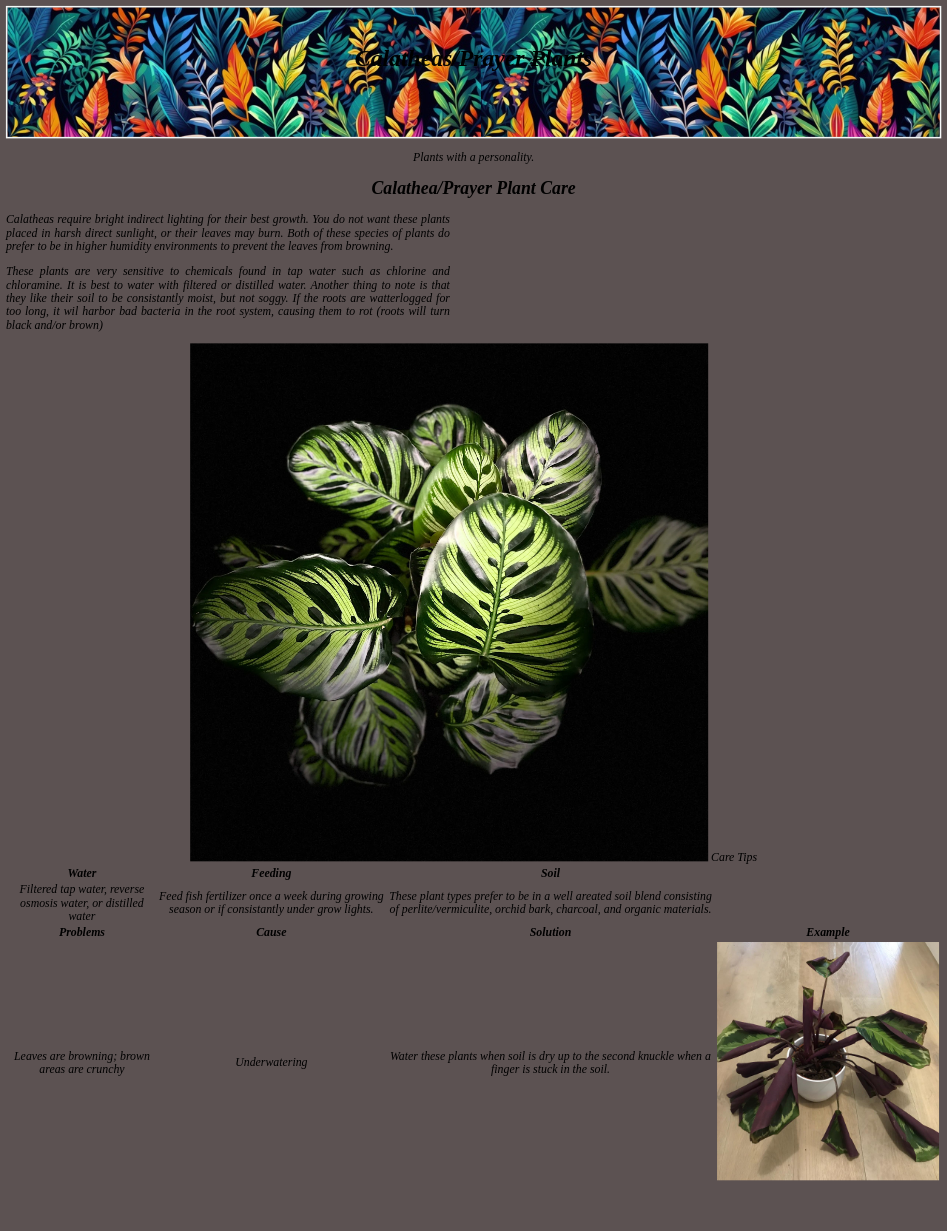
Repository: swillis91/odin-recipies
Page: Planty Page/calatheas.html
An editor plug-in stored every save of this project. The page is shown before and after the next save, followed by the edit.
The browser window is 1280 px wide. The pictures show the whole page, at 74% of full size.

Above is the page before, as saved 2023-08-10 00:28:23.

After the next save:
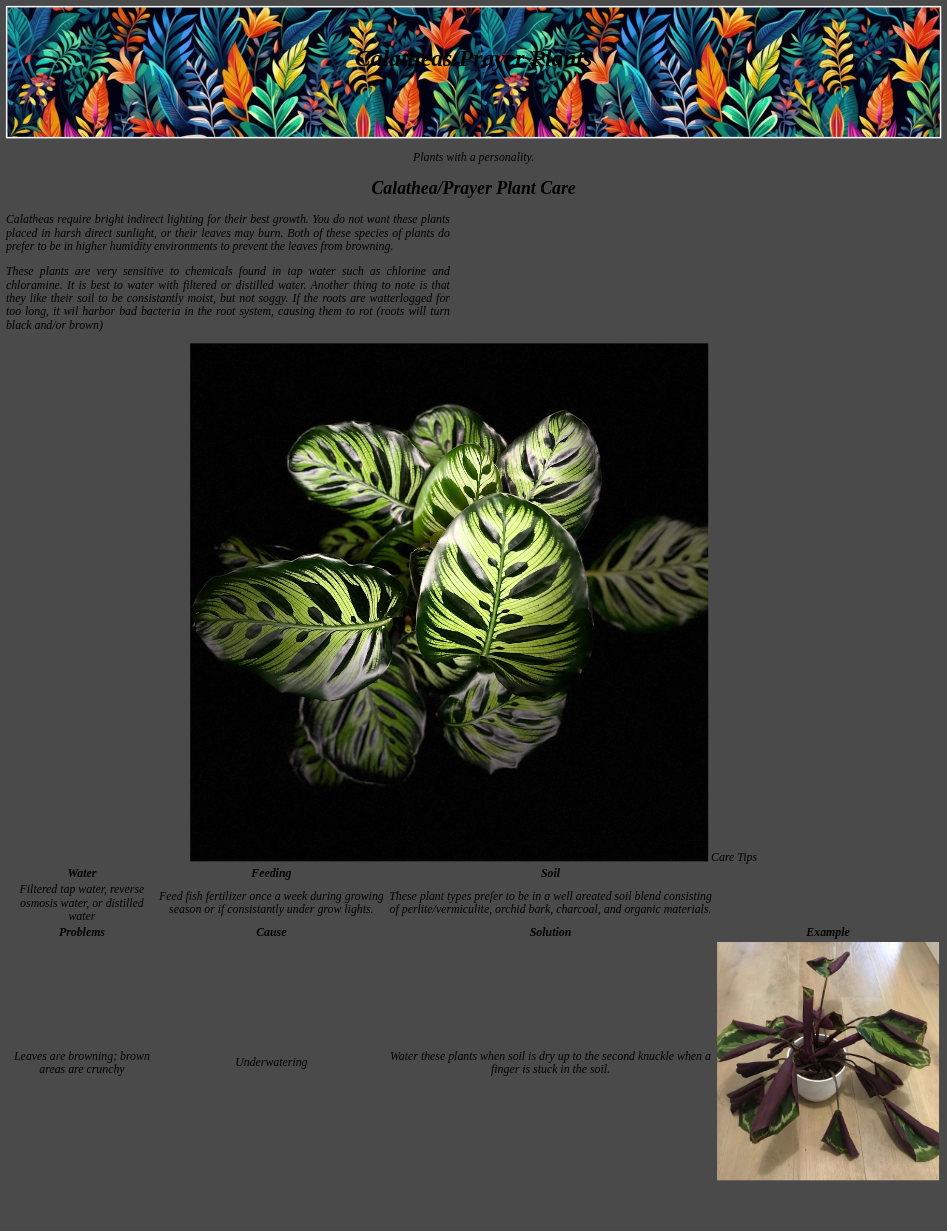
Saved 16 s later.
--- a/Planty Page/style.css
+++ b/Planty Page/style.css
@@ -1,5 +1,5 @@
 body{
-    background-color: rgb(92, 82, 82);
+    background-color: rgb(74, 74, 74);
     color:black;
     text-align: center;
     font-family:cursive;
